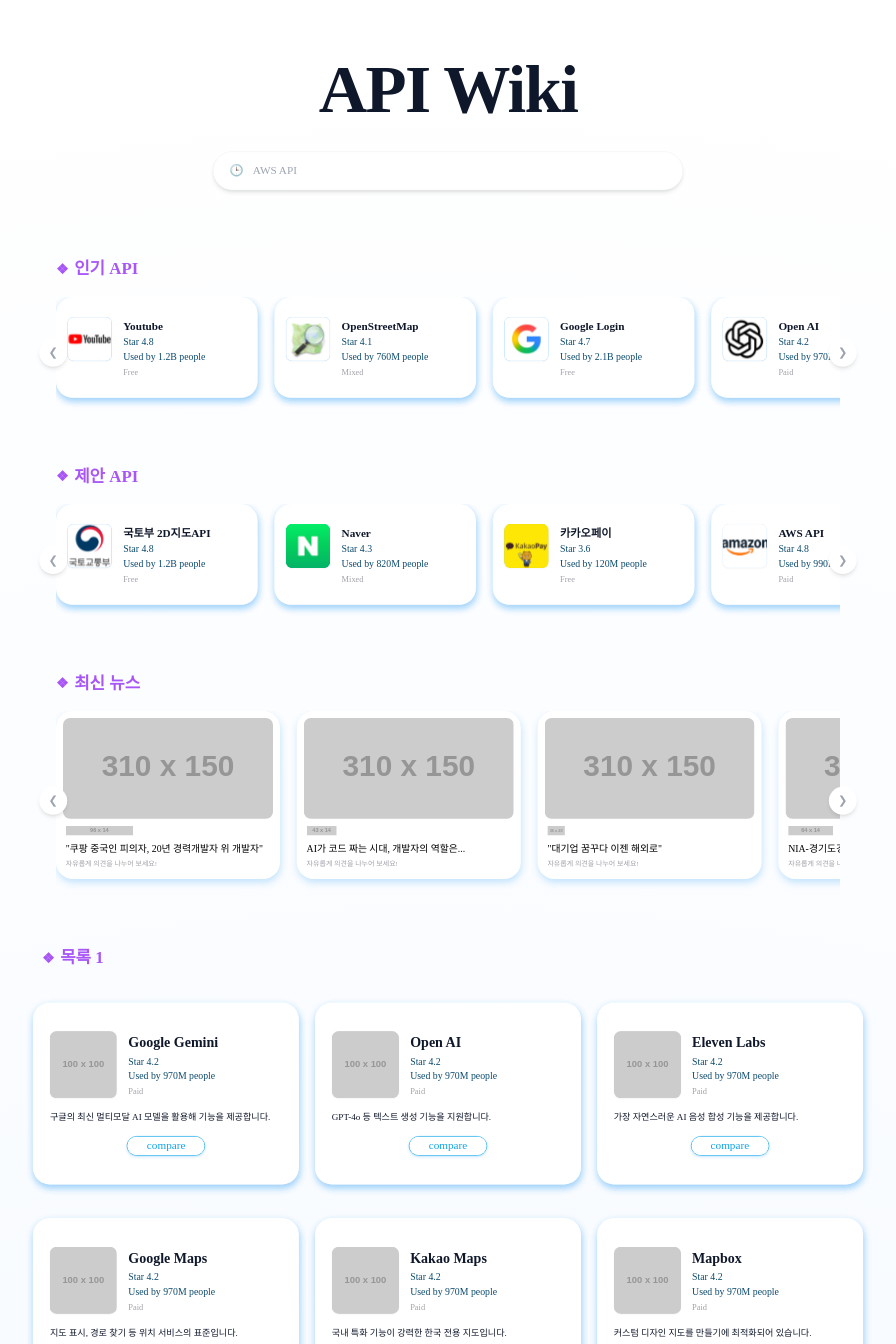
Repository: umc-apiwiki/FE_v1
Page: /
An editor plug-in stored every save of this project. The page is shown before and after the next save, followed by the edit.
The browser window is 1280 px wide. The pictures show the part of the page from y = 0 to 1920 px (the page is 8511 px tall), at 70% of full size.
The project was rebuilt for these pictures with package versions that can differ from the ones it lists, and the page was loaded fresh each time. Also part of the build but not shown: vite.config.ts.

Above is the page before, as saved 2026-01-17 20:32:33.

### index.html
<!doctype html>
<html lang="en">
  <head>
    <meta charset="UTF-8" />
    <link rel="icon" type="image/svg+xml" href="/vite.svg" />
    <meta name="viewport" content="width=device-width, initial-scale=1.0" />
    <title>apiwiki-fe-v1</title>
  </head>
  <body>
    <div id="root"></div>
    <script type="module" src="/src/main.tsx"></script>
  </body>
</html>

### src/index.css
@tailwind base;
@tailwind components;
@tailwind utilities;

:root {
  font-family: 'Pretendard Variable';
  font-weight: 400;
  color: #0b0f19;
  background-color: #f5f7fb;
  text-rendering: optimizeLegibility;
  -webkit-font-smoothing: antialiased;
}

@layer base {
  body {
    @apply min-h-screen bg-slate-50 text-slate-900 antialiased;
  }

  #root {
    @apply min-h-screen;
  }
}

### src/App.tsx
import HomePage from './app/page';

function App() {
  return (
    <div className="App">
      <HomePage />
    </div>
  );
}

export default App;

### src/components/APICard.tsx
interface APICardProps {
  title: string;
  star: string;
  usedBy: string;
  price: string;
  iconUrl: string;
  description?: string;
  isDetail?: boolean;
  isLarge?: boolean;
}

export default function APICard({
  title,
  star,
  usedBy,
  price,
  iconUrl,
  description,
  isDetail = false,
  isLarge = false,
}: APICardProps) {
  // 캐러셀용 작은 카드는 w-[288px], 목록용 큰 카드는 w-[380px]로 고정
  const cardSize = isDetail ? 'w-[380px] h-[260px]' : 'w-[288px] h-[144px]';
  const btnSize = isLarge ? 'w-32 h-8' : 'w-28 h-7';

  return (
    <div className={`group relative ${cardSize} flex-shrink-0 cursor-pointer`}>
      {/* 수정됨: border-[0.25px] border-sky-500 삭제 */}
      <div className="absolute inset-0 bg-gradient-to-b from-sky-500/10 to-white/20 rounded-2xl shadow-[1px_5px_10px_0px_rgba(33,150,243,0.25)]" />

      {/* 수정됨: border-[0.25px] border-sky-500 삭제 */}
      <div className="absolute inset-0 bg-white rounded-2xl shadow-[1px_5px_10px_0px_rgba(33,150,243,0.25)] transition-opacity duration-300 group-hover:opacity-0" />

      {/* 내부 패딩을 작은 카드는 p-4, 상세 카드는 p-6~7로 차등 적용 */}
      <div
        className={`relative h-full ${
          isDetail ? (isLarge ? 'p-7' : 'p-6') : 'p-4'
        } flex flex-col justify-center`}
      >
        <div className="flex items-start gap-4">
          <div
            className={`${
              isDetail ? 'w-24 h-24' : 'w-16 h-16'
            } rounded-[10px] overflow-hidden flex-shrink-0 bg-white shadow-sm`}
          >
            {/* 위 div에서 border-[0.5px] border-sky-500 삭제함 */}
            <img
              src={iconUrl}
              alt={title}
              className="w-full h-full object-cover"
            />
          </div>
          <div className="flex flex-col justify-start pt-1">
            <h3
              className={`text-slate-900 font-semibold leading-tight ${
                isDetail ? 'text-xl mb-1' : 'text-base mb-0.5'
              }`}
            >
              {title}
            </h3>
            <p className="text-sky-900 text-sm font-medium">Star {star}</p>
            <p className="text-sky-900 text-sm">Used by {usedBy}</p>
            <p className="text-zinc-400 text-xs mt-0.5">{price}</p>
          </div>
        </div>

        {isDetail && description && (
          <div className="mt-4">
            <p className="text-slate-900 text-[13px] font-normal line-clamp-2 mb-4 leading-relaxed">
              {description}
            </p>
            <div
              className={`mx-auto ${btnSize} relative rounded-[20px] shadow-[0px_2px_4px_0px_rgba(33,150,243,0.25)] border border-sky-500 overflow-hidden cursor-pointer`}
            >
              <div className="w-full h-full bg-white flex items-center justify-center hover:bg-sky-500 group/btn transition-colors duration-300">
                <span className="text-sky-500 text-base font-medium group-hover/btn:text-white transition-colors duration-300">
                  compare
                </span>
              </div>
            </div>
          </div>
        )}
      </div>
    </div>
  );
}

### src/components/APICarousel.tsx
'use client';
import React, { useRef } from 'react';

interface APICarouselProps {
  title: string;
  children: React.ReactNode;
}

export default function APICarousel({ title, children }: APICarouselProps) {
  const scrollRef = useRef<HTMLDivElement>(null);

  const scroll = (direction: 'left' | 'right') => {
    if (scrollRef.current) {
      const { scrollLeft, clientWidth } = scrollRef.current;
      const scrollTo =
        direction === 'left'
          ? scrollLeft - clientWidth
          : scrollLeft + clientWidth;
      scrollRef.current.scrollTo({ left: scrollTo, behavior: 'smooth' });
    }
  };

  return (
    <section className="w-full max-w-[1200px] mb-20 relative px-10">
      <h2 className="text-purple-500 text-2xl font-bold mb-6 flex items-center gap-2">
        <span className="text-xl">❖</span> {title}
      </h2>

      <div className="relative group/btns">
        {/* 화살표 버튼 */}
        <button
          onClick={() => scroll('left')}
          className="absolute -left-6 top-1/2 -translate-y-1/2 z-10 w-10 h-10 bg-white rounded-full shadow-md flex items-center justify-center text-gray-400 hover:text-sky-500"
        >
          ❮
        </button>

        <div
          ref={scrollRef}
          className="flex overflow-x-auto gap-6 no-scrollbar pb-4 scroll-smooth"
        >
          {children}
        </div>

        <button
          onClick={() => scroll('right')}
          className="absolute -right-6 top-1/2 -translate-y-1/2 z-10 w-10 h-10 bg-white rounded-full shadow-md flex items-center justify-center text-gray-400 hover:text-sky-500"
        >
          ❯
        </button>
      </div>
    </section>
  );
}

### src/components/NewsCard.tsx
interface NewsCardProps {
  title: string;
  publisherLogoUrl: string;
  thumbnailUrl: string;
}

export default function NewsCard({
  title,
  publisherLogoUrl,
  thumbnailUrl,
}: NewsCardProps) {
  return (
    <div className="group relative w-80 h-60 flex-shrink-0 cursor-pointer">
      {/* 수정됨: border-[0.25px] border-sky-500 삭제 */}
      <div
        className="w-full h-full bg-white rounded-2xl shadow-[1px_5px_10px_0px_rgba(33,150,243,0.25)]
        transition-all duration-300 group-hover:bg-gradient-to-b group-hover:from-sky-500/10 group-hover:to-white/20 p-2.5"
      >
        <img
          className="w-full h-36 rounded-[10px] object-cover mb-2.5"
          src={thumbnailUrl}
          alt="news"
        />
        <img
          className="h-3.5 ml-1 mb-2 object-contain"
          src={publisherLogoUrl}
          alt="publisher"
        />

        <div className="ml-1">
          <div className="text-black text-sm font-medium line-clamp-1">
            {title}
          </div>
          <div className="text-zinc-400 text-[10px] font-normal mt-1">
            자유롭게 의견을 나누어 보세요!
          </div>
        </div>
      </div>
    </div>
  );
}

### src/components/SearchBar.tsx
export default function SearchBar() {
  // 4개의 검색어 리스트
  const searchTerms = [
    'AWS API',
    '네이버지도 API',
    '강아지 앱 API',
    '게임 앱 API',
  ];

  return (
    <div className="w-full max-w-2xl relative group">
      <div className="relative z-20">
        <input
          type="text"
          className="w-full h-14 px-14 rounded-full border border-gray-100 shadow-md outline-none focus:ring-2 focus:ring-sky-300 transition-all"
          placeholder="AWS API"
        />
        <span className="absolute left-6 top-1/2 -translate-y-1/2">🕒</span>
      </div>

      {/* 마우스 올렸을 때 나타나는 자동완성 박스 */}
      <div className="absolute top-2 left-0 w-full pt-14 opacity-0 group-hover:opacity-100 transition-opacity duration-300 z-10 pointer-events-none group-hover:pointer-events-auto">
        <div className="bg-white/90 backdrop-blur-md border border-sky-100 rounded-2xl shadow-xl overflow-hidden py-2">
          {searchTerms.map((term, index) => (
            <div
              key={index}
              className="px-6 py-4 flex items-center justify-between hover:bg-sky-500/10 cursor-pointer transition-colors group/item"
            >
              <div className="flex items-center gap-4">
                <span className="text-slate-500">🕒</span>
                <span className="text-slate-900 font-medium">{term}</span>
              </div>
              {/* 제시된 디자인의 우측 삭제 아이콘 대응 */}
              <button className="text-slate-400 font-bold opacity-0 group-hover/item:opacity-100 transition-opacity">
                ✕
              </button>
            </div>
          ))}
        </div>
      </div>
    </div>
  );
}

### tailwind.config.ts
import type { Config } from "tailwindcss";

const config: Config = {
  content: [
    "./index.html",
    "./src/**/*.{js,ts,jsx,tsx,mdx}",
  ],
  theme: {
    container: {
      center: true,
      padding: "7.5rem", // 120px -> 7.5rem
    },
    extend: {
      colors: {
        // 브랜드 메인 컬러 (파란색 계열)
        brand: {
          50: "#F1F8FE", // 가장 밝은 파란색 (배경용)
          100: "#E3F2FD", // 매우 밝은 파란색
          200: "#C7E5FC", // 밝은 파란색
          300: "#90CBF9", // 연한 파란색
          400: "#59B0F6", // 중간 파란색
          500: "#2196F3", // 메인 브랜드 컬러 (primary)
          600: "#1e87db", // 진한 파란색
          700: "#1a78c2", // 더 진한 파란색
          800: "#1769aa", // 매우 진한 파란색
          900: "#145a92", // 가장 진한 파란색
          darker: "#030F18", // 거의 검은색에 가까운 다크 네이비
        },

        // 성공 상태 컬러 (초록색 계열)
        success: {
          DEFAULT: "#4CAF50", // 기본 성공 컬러
          foreground: "#FFFFFF", // 성공 컬러 위의 텍스트 색상 (흰색)
          dark: "#43A047", // 진한 성공 컬러
          darker: "#1B5E20", // 가장 진한 성공 컬러
        },

        // 경고 상태 컬러 (노란색 계열)
        warning: {
          DEFAULT: "#FFD400", // 기본 경고 컬러
          dark: "#E6BF00", // 진한 경고 컬러
          darker: "#8A6F00", // 가장 진한 경고 컬러
        },

        // 에러 상태 컬러 (빨간색 계열)
        error: {
          DEFAULT: "#F44336", // 기본 에러 컬러
          dark: "#E53935", // 진한 에러 컬러
          darker: "#B71C1C", // 가장 진한 에러 컬러
        },

        // 정보 상태 컬러 (파란색 계열 - brand와 동일)
        info: {
          DEFAULT: "#2196F3", // 기본 정보 컬러 (brand-500과 동일)
          dark: "#1E88E5", // 진한 정보 컬러
          darker: "#0D47A1", // 가장 진한 정보 컬러
        },
      },

      // 모서리 둥글기
      borderRadius: {
        sm: "0.3125rem", // 5px
        md: "0.625rem", // 10px
        lg: "1rem", // 16px
        xl: "1.25rem", // 20px
        "2xl": "1.5rem", // 24px
        "3xl": "2rem", // 32px
      },

      // 그림자 효과
      boxShadow: {
        card: "0.0625rem 0.3125rem 0.625rem 0rem rgba(33, 150, 243, 0.25)", // 1px 5px 10px...
        image: "0.0625rem 0.25rem 0.375rem 0rem rgba(33, 150, 243, 0.25)", // 1px 4px 6px...
        button: "0rem 0.125rem 0.25rem 0rem rgba(33, 150, 243, 0.25)", // 0px 2px 4px...
        tag: "0.0625rem 0.0625rem 0.3125rem 0.0625rem rgba(33, 150, 243, 0.10)", // 1px 1px 5px 1px...
      },

      // 테두리 두께
      borderWidth: {
        thin: "0.0625rem", // 1px
        "0.5": "0.03125rem", // 0.5px
      },

      // 폰트 패밀리
      fontFamily: {
        sans: [
          "Pretendard Variable",
          "sans-serif",
        ],
      },

      // 폰트 크기
      fontSize: {
        xs: "0.75rem", // 12px
        sm: "0.875rem", // 14px
        base: "1rem", // 16px
        lg: "1.125rem", // 18px
        xl: "1.25rem", // 20px
      },

      // 줄 간격
      lineHeight: {
        "5": "1.25rem", // 20px
      },

      // 그라디언트 배경
      backgroundImage: {
        // 카드 hover/선택 상태에 사용되는 그라디언트
        // 위에서 아래로: 연한 파란색(10% 투명도) → 흰색(20% 투명도)
        "brand-gradient":
          "linear-gradient(to bottom, rgba(33, 150, 243, 0.1), rgba(255, 255, 255, 0.2))",
      },
    },
  },
  plugins: [],
};

export default config;

Loaded but not shown: src/main.tsx (common file); src/app/page.tsx (643 lines, source omitted)

After the next save:
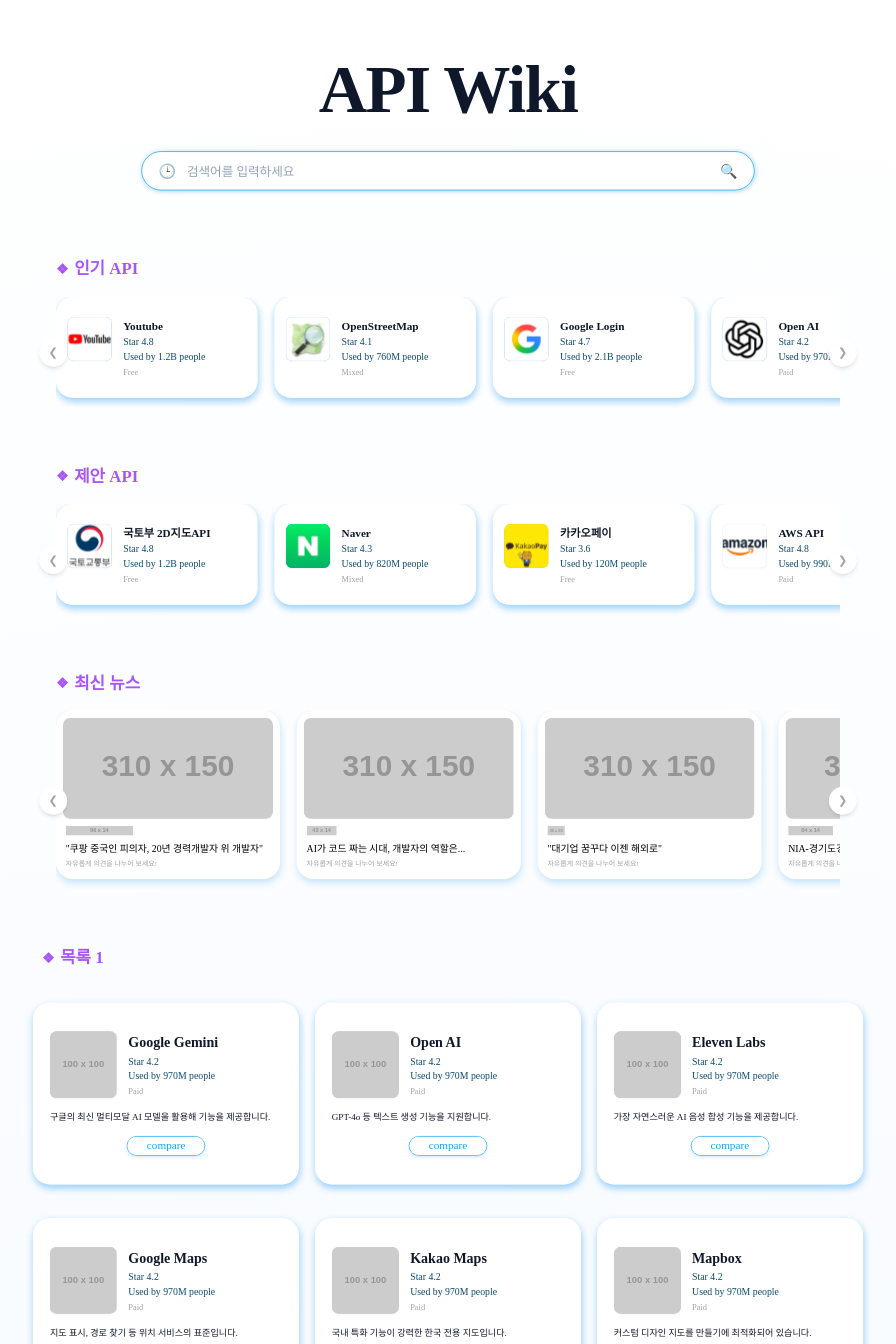
Saved 6 min 5 s later.
--- a/src/components/SearchBar.tsx
+++ b/src/components/SearchBar.tsx
@@ -1,42 +1,98 @@
+import { useState, useRef, useEffect } from 'react';
+
 export default function SearchBar() {
-  // 4개의 검색어 리스트
-  const searchTerms = [
+  const [isOpen, setIsOpen] = useState(false);
+  const containerRef = useRef<HTMLDivElement>(null);
+
+  // 검색어 예시 데이터 (필요하면 수정하세요)
+  const recentSearches = [
     'AWS API',
     '네이버지도 API',
     '강아지 앱 API',
     '게임 앱 API',
   ];
 
+  // 외부 클릭 시 닫기
+  useEffect(() => {
+    function handleClickOutside(event: MouseEvent) {
+      if (
+        containerRef.current &&
+        !containerRef.current.contains(event.target as Node)
+      ) {
+        setIsOpen(false);
+      }
+    }
+    document.addEventListener('mousedown', handleClickOutside);
+    return () => {
+      document.removeEventListener('mousedown', handleClickOutside);
+    };
+  }, []);
+
   return (
-    <div className="w-full max-w-2xl relative group">
-      <div className="relative z-20">
+    <div
+      ref={containerRef}
+      // 보내주신 스타일 적용 완료 (w-[876px], 그림자, 둥글기 등)
+      className={`
+        relative mx-auto bg-white overflow-hidden transition-all duration-300 ease-in-out z-50
+        w-[876px] shadow-[1px_1px_5px_2px_rgba(33,150,243,0.25)] border-sky-500
+        ${
+          isOpen
+            ? 'h-[340px] rounded-[34px] border' // 열렸을 때 (높이 커짐)
+            : 'h-14 rounded-[34px] border' // 닫혔을 때 (높이 56px 고정)
+        }
+      `}
+      // ⚠️ 주의: border-[0.25px]는 너무 얇아서 안 보일 수 있어 'border'(1px)로 설정했습니다.
+    >
+      {/* 1. 상단 입력창 영역 */}
+      <div className="h-14 w-full flex items-center px-6 relative shrink-0">
+        {/* [로고 아이콘 자리] - 아이콘 농부님 파일을 여기에 넣으세요 */}
+        <div className="mr-4 w-6 h-6 flex items-center justify-center">
+          {/* 예: <img src="/icons/search-logo.svg" alt="logo" /> */}
+          <span className="text-xl">🕒</span> {/* 임시 아이콘 */}
+        </div>
+
+        {/* 입력창 */}
         <input
           type="text"
-          className="w-full h-14 px-14 rounded-full border border-gray-100 shadow-md outline-none focus:ring-2 focus:ring-sky-300 transition-all"
-          placeholder="AWS API"
+          className="w-full h-full text-lg text-slate-900 font-medium placeholder:text-slate-400 outline-none bg-transparent"
+          placeholder="검색어를 입력하세요"
+          onFocus={() => setIsOpen(true)}
         />
-        <span className="absolute left-6 top-1/2 -translate-y-1/2">🕒</span>
+
+        {/* [돋보기 아이콘 자리] */}
+        <div className="absolute right-6 top-1/2 -translate-y-1/2 w-6 h-6 flex items-center justify-center cursor-pointer">
+          {/* 예: <SearchIcon /> */}
+          <span className="text-slate-400 text-xl">🔍</span> {/* 임시 아이콘 */}
+        </div>
       </div>
 
-      {/* 마우스 올렸을 때 나타나는 자동완성 박스 */}
-      <div className="absolute top-2 left-0 w-full pt-14 opacity-0 group-hover:opacity-100 transition-opacity duration-300 z-10 pointer-events-none group-hover:pointer-events-auto">
-        <div className="bg-white/90 backdrop-blur-md border border-sky-100 rounded-2xl shadow-xl overflow-hidden py-2">
-          {searchTerms.map((term, index) => (
-            <div
-              key={index}
-              className="px-6 py-4 flex items-center justify-between hover:bg-sky-500/10 cursor-pointer transition-colors group/item"
-            >
-              <div className="flex items-center gap-4">
-                <span className="text-slate-500">🕒</span>
-                <span className="text-slate-900 font-medium">{term}</span>
-              </div>
-              {/* 제시된 디자인의 우측 삭제 아이콘 대응 */}
-              <button className="text-slate-400 font-bold opacity-0 group-hover/item:opacity-100 transition-opacity">
-                ✕
-              </button>
+      {/* 2. 하단 검색 기록 리스트 */}
+      <div
+        className={`px-4 pt-2 pb-4 flex flex-col gap-1 transition-opacity duration-300 ${
+          isOpen ? 'opacity-100' : 'opacity-0'
+        }`}
+      >
+        {recentSearches.map((text, index) => (
+          <div
+            key={index}
+            className="group relative w-full h-14 flex items-center px-4 cursor-pointer transition-all duration-200
+            hover:bg-sky-500/10 hover:rounded-[20px]"
+          >
+            {/* 리스트 아이콘 자리 */}
+            <div className="mr-4 w-6 h-6 flex items-center justify-center">
+              <span className="text-slate-400 text-sm">🕒</span>
             </div>
-          ))}
-        </div>
+
+            <span className="text-slate-900 text-lg font-medium font-['Pretendard_Variable']">
+              {text}
+            </span>
+
+            {/* 삭제(X) 버튼 자리 - 호버 시 표시 */}
+            <div className="absolute right-4 w-6 h-6 flex items-center justify-center opacity-0 group-hover:opacity-100 transition-opacity">
+              <span className="text-slate-400">✕</span>
+            </div>
+          </div>
+        ))}
       </div>
     </div>
   );
